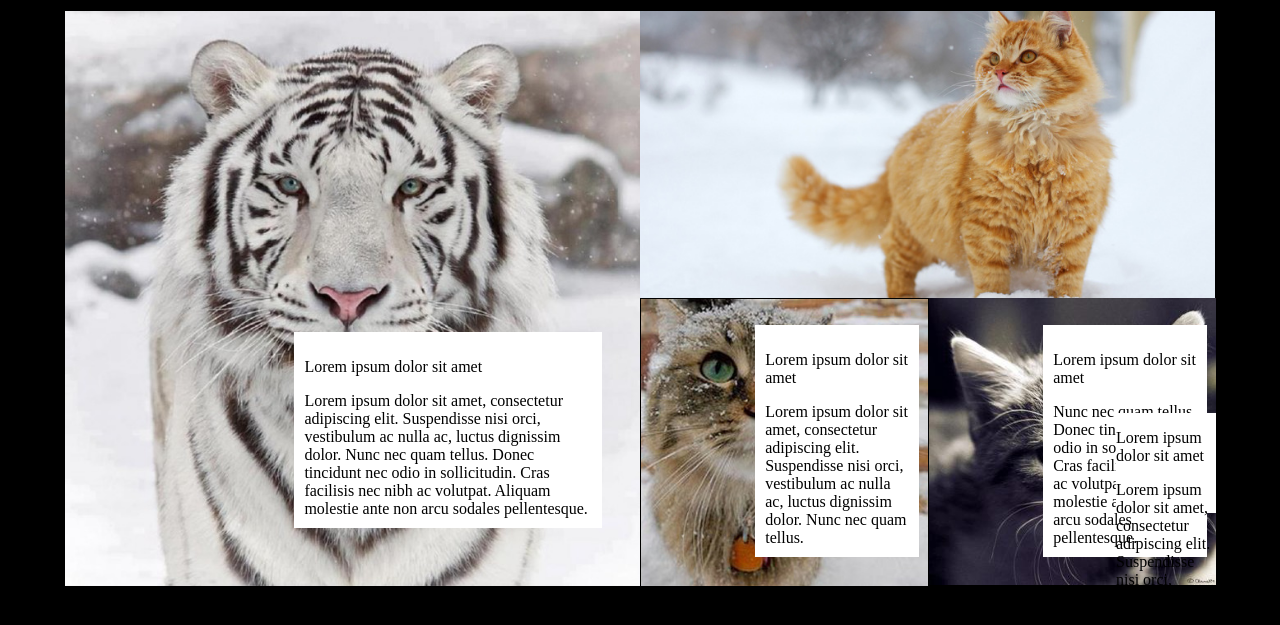
Repository: niebezsensu/Info-Folder
Page: index.html
The author's editor kept a record of every edit. The page is drawn from the files as they stood at one moment, then again after the next edit.
The browser window is 1280 px wide. The pictures show the whole page.

Above is the page before.

### index.html
<html>

<head>
    <meta charset="utf-8">
    <title>Multimedia - Quiz</title>
    <link rel="stylesheet" href="css/folder.css" type="text/css" />

</head>

<body>
    <script src="js/jquery-2.1.3.min.js"></script>
    <script src="js/folder.js"></script>
</body>
<div class="container visible">
    <div class="first-spot">
        <div class="box">

        </div>
        <div class="hidden-box">

        </div>
        <div class="content">
            <p>Lorem ipsum dolor sit amet</p>
            <span>Lorem ipsum dolor sit amet, consectetur adipiscing elit. Suspendisse nisi orci, vestibulum ac nulla ac, luctus dignissim dolor. Nunc nec quam tellus. Donec tincidunt nec odio in sollicitudin. Cras facilisis nec nibh ac volutpat. Aliquam molestie ante non arcu sodales pellentesque.</span>
        </div>
    </div>
    <div class="second-spot">
        <div class="box">

        </div>
        <div class="hidden-box">

        </div>
        <div class="content">
            <p>Lorem ipsum dolor sit amet</p>
            <span>Lorem ipsum dolor sit amet, consectetur adipiscing elit. Suspendisse nisi orci, vestibulum ac nulla ac, luctus dignissim dolor. Nunc nec quam tellus. Donec tincidunt nec odio in sollicitudin. Cras facilisis nec nibh ac volutpat. Aliquam molestie ante non arcu sodales pellentesque.</span>
        </div>
    </div>
    <div class="third-spot">
        <div class="box">

        </div>
        <div class="hidden-box">

        </div>
        <div class="content">
            <p>Lorem ipsum dolor sit amet</p>
            <span>Nunc nec quam tellus. Donec tincidunt nec odio in sollicitudin. Cras facilisis nec nibh ac volutpat. Aliquam molestie ante non arcu sodales pellentesque.</span>
        </div>
    </div>
    <div class="fourth-spot">
        <div class="box">

        </div>
        <div class="hidden-box">

        </div>
        <div class="content">
            <p>Lorem ipsum dolor sit amet</p>
            <span>Lorem ipsum dolor sit amet, consectetur adipiscing elit. Suspendisse nisi orci, vestibulum ac nulla ac, luctus dignissim dolor. Nunc nec quam tellus.</span>
        </div>
    </div>
    <div id="first-slider"></div>
    <div id="first-slider-content">
        <p>Lorem ipsum dolor sit amet</p>
        <span>Lorem ipsum dolor sit amet, consectetur adipiscing elit. Suspendisse nisi orci, vestibulum ac nulla ac, luctus dignissim dolor. Nunc nec quam tellus.</span>
    </div>
    <div id="second-slider"></div>
    <div id="second-slider-content">
        <p>Lorem ipsum dolor sit amet</p>
        <span>Lorem ipsum dolor sit amet, consectetur adipiscing elit. Suspendisse nisi orci, vestibulum ac nulla ac, luctus dignissim dolor. Nunc nec quam tellus.</span>
    </div>
    <div id="third-slider"></div>
    <div id="third-slider-content">
        <p>Lorem ipsum dolor sit amet</p>
        <span>Lorem ipsum dolor sit amet, consectetur adipiscing elit. Suspendisse nisi orci, vestibulum ac nulla ac, luctus dignissim dolor. Nunc nec quam tellus.</span>
    </div>
    <div id="fourth-slider"></div>
    <div id="fourth-slider-content">
        <p>Lorem ipsum dolor sit amet</p>
        <span>Lorem ipsum dolor sit amet, consectetur adipiscing elit. Suspendisse nisi orci, vestibulum ac nulla ac, luctus dignissim dolor. Nunc nec quam tellus.</span>
    </div>
    <audio id="audio1" src="/audio/mendelssohn_op25_lf_01_molt_etc.mp3"></audio>
    <audio id="audio2" src="/audio/Beethoven.mp3"></audio>
    <audio id="audio3" src="/audio/Mozart.mp3"></audio>
    <audio id="audio4" src="/audio/vivaldi.mp3"></audio>
</div>

</html>

### css/folder.css
html {
    background-color: black;
}

.container{
    width: 1400px;
    height: 700px;
    margin: 10px auto;
    background-color: grey;
    overflow:hidden;
    position: relative;
    cursor: pointer;
}

.first-spot{
    width: 50%;
    height: 100%;

    overflow:hidden;
    float: left;
    position:relative;
}
.first-spot .box{
    border: 1px solid black;
    display:none;
    position:absolute;
    left: 0px;
    width: 100%;
    height: 100%;
    background-image: url("/images/white-siberian.jpg");
    background-size: 100% 100%;
}

.first-spot .hidden-box{
    border: 1px solid black;
    position:absolute;
    left: 0px;
    width: 100%;
    height: 100%;
    background-image: url("/images/white-siberian.jpg");
    background-size: 100% 100%;
    opacity: 0.3;
}

.first-spot .content{
    display:none;
    position: absolute;
    width: 50%;
    bottom: 10%;
    left: 40%;
    background-color: white;
    padding: 10px;
}


.second-spot{
    width: 50%;
    height: 50%;

    float: right;

    overflow:hidden;
    position:relative;
}

.second-spot .box{
    position:absolute;
    right: 0px;
    width: 100%;
    height: 100%;
    background-image: url("/images/red-siberian.jpg");
    background-size: 100% 100%;
    border: 1px solid black;
}

.second-spot .hidden-box{
    position:absolute;
    right: 0px;
    width: 100%;
    height: 100%;
    background-image: url("/images/red-siberian.jpg");
    background-size: 100% 100%;
    border: 1px solid black;
    opacity: 0.3;
}

.second-spot .content{
    display:none;
    position: absolute;
    width: 50%;
    bottom: 10%;
    left: 40%;
    background-color: white;
    padding: 10px;
}

.third-spot{
    width: 25%;
    height: 50%;

    float: right;

    overflow:hidden;
    position:relative;

}

.third-spot .box{
    border: 1px solid black;
    display:none;
    position:absolute;
    bottom: 0px;
    width: 100%;
    height: 100%;
    background-image: url("/images/small-cat.jpeg");
    background-size: 100% 100%;
}

.third-spot .hidden-box{
    border: 1px solid black;
    position:absolute;
    bottom: 0px;
    width: 100%;
    height: 100%;
    background-image: url("/images/small-cat.jpeg");
    background-size: 100% 100%;
    opacity: 0.3;
}

.third-spot .content{
    position: absolute;
    width: 50%;
    bottom: 10%;
    left: 40%;
    background-color: white;
    padding: 10px;
}


.fourth-spot{
    width: 25%;
    height: 50%;

    float: right;

    overflow:hidden;
    position:relative;
}

.fourth-spot .box{

    position:absolute;
    left: 0px;
    width: 100%;
    height: 100%;
    background-image: url("/images/snow-cat.jpg");
    background-size: 100% 100%;
    border: 1px solid black;
}

.fourth-spot .hidden-box{
    position:absolute;
    left: 0px;
    width: 100%;
    height: 100%;
    background-image: url("/images/snow-cat.jpg");
    background-size: 100% 100%;
    border: 1px solid black;
    opacity: 0.3;
}

.fourth-spot .content{

    position: absolute;
    width: 50%;
    bottom: 10%;
    left: 40%;
    background-color: white;
    padding: 10px;
}

.hidden div{
    opacity: 0.5;
}

#first-slider{
    right: 0px;
    display:none;
    position: absolute;
    width: 100%;
    height: 100%;
    background-image: url("/images/tigers.jpg");
    background-size: 100% 100%;
}
#first-slider-content{
    top: 70%;
    right: 0px;
    display:block;
    position: absolute;
    width: 100px;
    height: 100px;
    background-color: white;
}
#second-slider{
    right: 0px;
    display:none;
    position: absolute;
    width: 100%;
    height: 100%;
    background-image: url("/images/siberians.jpg");
    background-size: 100% 100%;
}
#third-slider{
    right: 0px;
    display:none;
    position: absolute;
    width: 100%;
    height: 100%;
    background-image: url("/images/kittens.jpg");
    background-size: 100% 100%;
}
#fourth-slider{
    right: 0px;
    display:none;
    position: absolute;
    width: 100%;
    height: 100%;
    background-image: url("/images/Pallas_cat.JPG");
    background-size: 100% 100%;
}

### js/folder.js


$(document).ready(function() {

    $(window).on('resize', function(){
        var pageHeight = $(window).height();
    var pageWidth = $(window).width();
    if(pageWidth > 2000) {
        pageWidth = 2000;
    }
    $('.container').css('width',pageWidth*9/10)
    $('.container').css('height',(pageWidth/2)*9/10)
    });
    var pageHeight = $(window).height();
    var pageWidth = $(window).width();
    if(pageWidth > 2000) {
        pageWidth = 2000;
    }
    $('.container').css('width',pageWidth*9/10)
    $('.container').css('height',(pageWidth/2)*9/10)


    var sliderRight = $('.container').width();
    $('#first-slider').css('right', sliderRight);
    $('#first-slider').show();
    $('#second-slider').css('right', sliderRight);
    $('#second-slider').show();
    $('#third-slider').css('right', sliderRight);
    $('#third-slider').show();
    $('#fourth-slider').css('right', sliderRight);
    $('#fourth-slider').show();

    var firstSpotBoxRight = $(".first-spot").width();
    $(".first-spot .box").css('left', firstSpotBoxRight);
    $(".first-spot .box").show();
    $(".first-spot .box").animate({
        left: 0
    }, 200, "linear", function() {});

    var secondSpotBoxTop = $(".second-spot").width();
    $(".second-spot .box").css('right', secondSpotBoxTop);
    $(".second-spot .box").show();
    $(".second-spot .box").animate({
        right: 0
    }, 200, "linear", function() {});

    var thirdSpotBoxTop = $(".third-spot").width();
    $(".third-spot .box").css('bottom', thirdSpotBoxTop);
    $(".third-spot .box").show();
    $(".third-spot .box").animate({
        bottom: 0
    }, 200, "linear", function() {});

    var fourthSpotBoxTop = $(".fourth-spot").width();
    $(".fourth-spot .box").css('left', fourthSpotBoxTop);
    $(".fourth-spot .box").show();
    $(".fourth-spot .box").animate({
        left: 0
    }, 200, "linear", function() {});

    $('.first-spot .content').toggle('slow');



    $(".first-spot").on('click', function() {
        $("#first-slider").animate({
            right: 0
        }, 500, "linear", function() {
            $(".first-spot .box").css('left', firstSpotBoxRight);
            $(".second-spot .box").css('right', secondSpotBoxTop);
            $(".third-spot .box").css('bottom', thirdSpotBoxTop);
            $(".fourth-spot .box").css('left', fourthSpotBoxTop);
        });
    });

    $(".second-spot").on('click', function() {
        $("#second-slider").animate({
            right: 0
        }, 500, "linear", function() {
            $(".first-spot .box").css('left', firstSpotBoxRight);
            $(".second-spot .box").css('right', secondSpotBoxTop);
            $(".third-spot .box").css('bottom', thirdSpotBoxTop);
            $(".fourth-spot .box").css('left', fourthSpotBoxTop);
        });
    });

    $(".third-spot").on('click', function() {
        $("#third-slider").animate({
            right: 0
        }, 500, "linear", function() {
            $(".first-spot .box").css('left', firstSpotBoxRight);
            $(".second-spot .box").css('right', secondSpotBoxTop);
            $(".third-spot .box").css('bottom', thirdSpotBoxTop);
            $(".fourth-spot .box").css('left', fourthSpotBoxTop);
        });
    });

    $(".fourth-spot").on('click', function() {
        $("#fourth-slider").animate({
            right: 0
        }, 500, "linear", function() {
            $(".first-spot .box").css('left', firstSpotBoxRight);
            $(".second-spot .box").css('right', secondSpotBoxTop);
            $(".third-spot .box").css('bottom', thirdSpotBoxTop);
            $(".fourth-spot .box").css('left', fourthSpotBoxTop);
        });
    });


    $("#first-slider").on('click', function() {
        $('#first-slider').css('right', sliderRight);

        $(".first-spot .box").animate({
            left: 0
        }, 200, "linear", function() {});
        $(".second-spot .box").animate({
            right: 0
        }, 200, "linear", function() {});
        $(".third-spot .box").animate({
            bottom: 0
        }, 200, "linear", function() {});
        $(".fourth-spot .box").animate({
            left: 0
        }, 200, "linear", function() {});
    });

    $("#second-slider").on('click', function() {
        $('#second-slider').css('right', sliderRight);

        $(".first-spot .box").animate({
            left: 0
        }, 200, "linear", function() {});
        $(".second-spot .box").animate({
            right: 0
        }, 200, "linear", function() {});
        $(".third-spot .box").animate({
            bottom: 0
        }, 200, "linear", function() {});
        $(".fourth-spot .box").animate({
            left: 0
        }, 200, "linear", function() {});
    });

    $("#third-slider").on('click', function() {
        $('#third-slider').css('right', sliderRight);

        $(".first-spot .box").animate({
            left: 0
        }, 200, "linear", function() {});
        $(".second-spot .box").animate({
            right: 0
        }, 200, "linear", function() {});
        $(".third-spot .box").animate({
            bottom: 0
        }, 200, "linear", function() {});
        $(".fourth-spot .box").animate({
            left: 0
        }, 200, "linear", function() {});
    });

    $("#fourth-slider").on('click', function() {
        $('#fourth-slider').css('right', sliderRight);

        $(".first-spot .box").animate({
            left: 0
        }, 200, "linear", function() {});
        $(".second-spot .box").animate({
            right: 0
        }, 200, "linear", function() {});
        $(".third-spot .box").animate({
            bottom: 0
        }, 200, "linear", function() {});
        $(".fourth-spot .box").animate({
            left: 0
        }, 200, "linear", function() {});
    });
});

Loaded but not shown: js/jquery-2.1.3.min.js (library)

After the next edit:
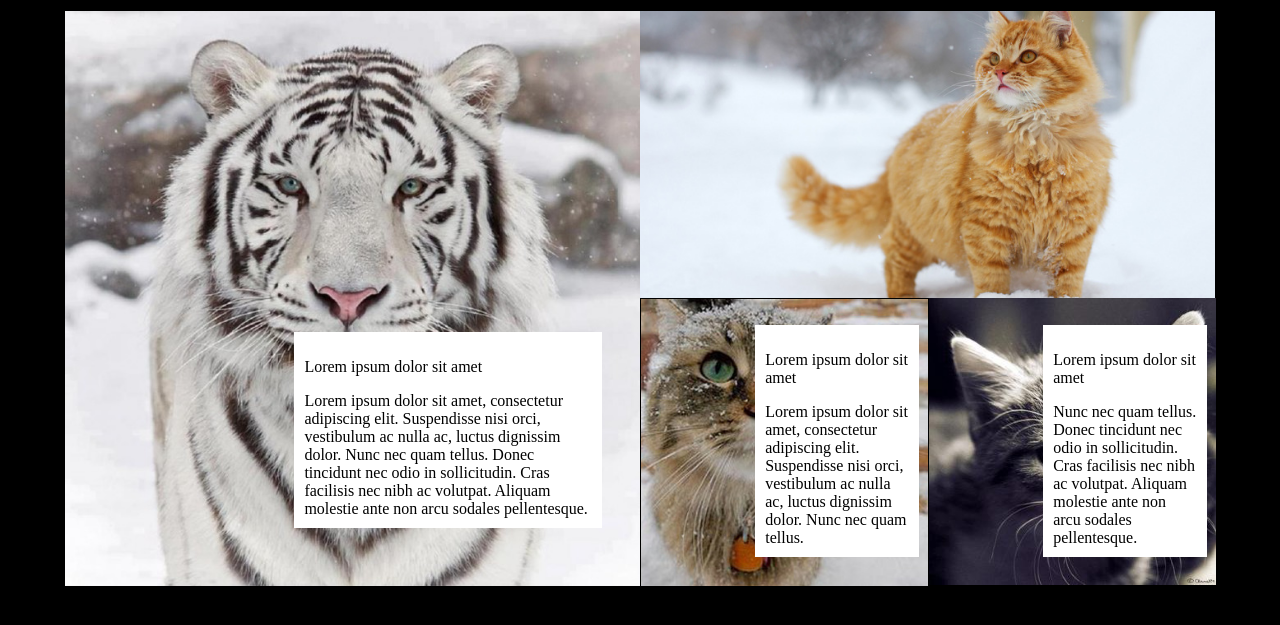
The edit:
--- a/css/folder.css
+++ b/css/folder.css
@@ -195,7 +195,7 @@
 #first-slider-content{
     top: 70%;
     right: 0px;
-    display:block;
+    display:none;
     position: absolute;
     width: 100px;
     height: 100px;
